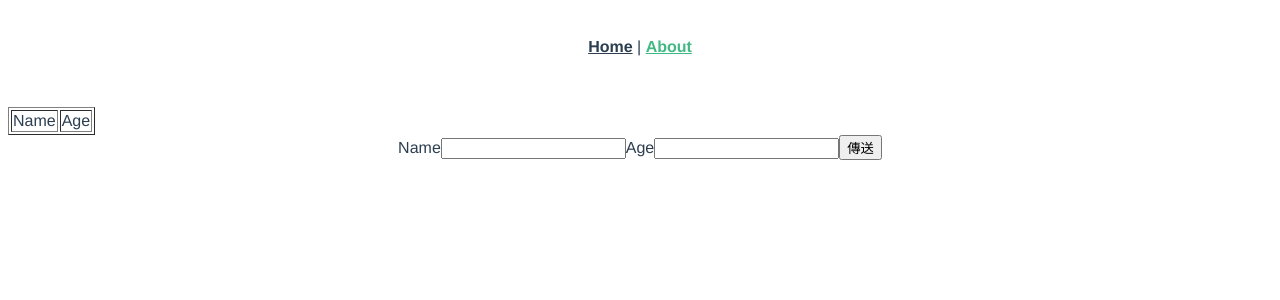
Repository: HaoMiffy/Vue---node.js-express
Page: /#/about (app in axios get node.js data/)
These files come from the project's save history. The page is drawn as it stood at one moment and after the next save; the edit follows.
The browser window is 1280 px wide. The pictures show the whole page.
The page's requests for data from a server got no answer. The project was rebuilt for these pictures with package versions that can differ from the ones it lists, and the page was loaded fresh each time. No one was signed in, and anything a server would have sent is missing. Also part of the build but not shown: axios get node.js data/vue.config.js, axios get node.js data/src/components/HelloWorld.vue, axios get node.js data/src/views/HomeView.vue.

Above is the page before, as saved 2023-01-04 16:31:34.

### axios get node.js data/src/views/AboutView.vue
<template>
  <div class="about">
    <h1>{{ search }}</h1>
    <table border="1px">
    <tr>
      <td>Name</td>
      <td>Age</td>
    </tr>
    <tr v-for="user in usesrs" :key="user.id">
      <td>{{ user.name }}</td>
      <td>{{ user.age }}</td>
    </tr>
  </table>
  <form @submit.prevent="a">
  <label for="name">Name</label>
  <input type="text" id="name" v-model="datas.name"/>
    <label for="age">Age</label>
  <input type="text" id="age" v-model="datas.age"/>
  <button>傳送</button>
  </form>
  </div>
</template>

<script>
import axios from 'axios'
export default{
  data() {
    return {
      usesrs: null,
      search:null,
      datas: {
        name: "",
        age:"",
      },
    }
  },
  mounted() {
    this.getdata(),
    this.getsearch()
  },
  methods:{
        //,{headers:{"Access-Control-Allow-Origin":"http://api.komavideo.com"}}
    getdata() {
      axios.get("http://127.0.0.1:3000/json")
        .then((respond) => {
          console.log(respond)
          this.usesrs = respond.data.data
        })
    },
    //,{headers:{"Access-Control-Allow-Origin":"http://api.komavideo.com"}}
    getsearch(){
            axios.get("http://127.0.0.1:3000/search")
        .then((res) => {
          console.log(res)
          this.search = res.data
        })
    },
    a(){
      axios.post("http://127.0.0.1:3000/json",this.datas)
      .then(response => {
          console.log(response)
          console.log('post成功')
        })
        .catch(err => {
          console.log('post失敗')
          console.log(err)
        })
    }
  }
}
</script>

Loaded but not shown: axios get node.js data/public/index.html (common file); axios get node.js data/src/main.js (common file); axios get node.js data/src/App.vue (common file); axios get node.js data/src/router/index.js (common file); axios get node.js data/src/store/index.js (common file)

After the next save:
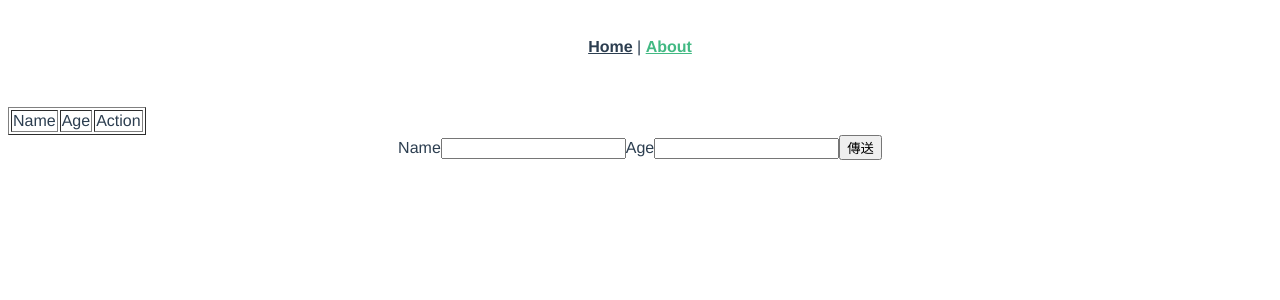
Saved 2 min 43 s later.
--- a/axios get node.js data/src/views/AboutView.vue
+++ b/axios get node.js data/src/views/AboutView.vue
@@ -5,6 +5,7 @@
     <tr>
       <td>Name</td>
       <td>Age</td>
+      <td>Action</td>
     </tr>
     <tr v-for="user in usesrs" :key="user.id">
       <td>{{ user.name }}</td>
